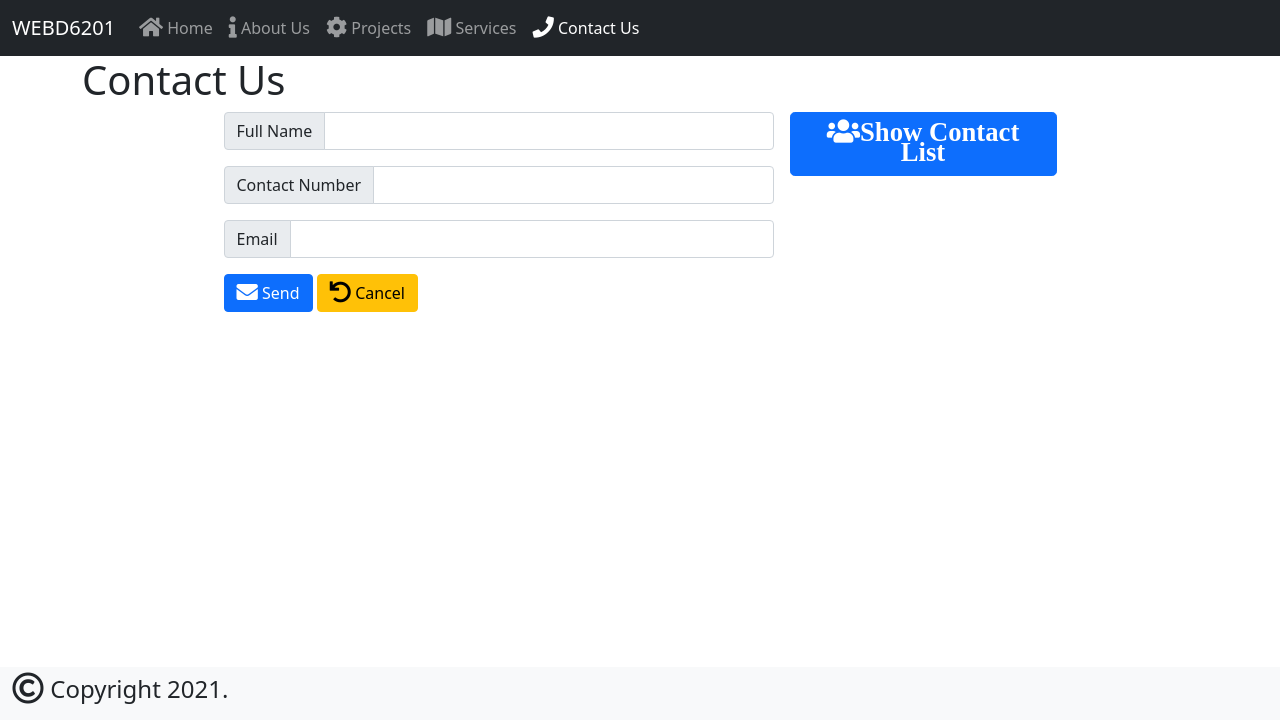
Repository: MuzhdaEhsan/WEBD6201-W2021-Lab1
Page: user.html
These files come from the project's save history. The page is drawn as it stood at one moment and after the next save; the edit follows.
The browser window is 1280 px wide. The pictures show the whole page.

Above is the page before, as saved 2021-02-05 23:48:16.

### user.html
<!DOCTYPE html>
<html lang="en">
<head>
    <meta charset="UTF-8">
    <meta name="viewport" content="width=device-width, initial-scale=1.0">
    <title>Contact</title>
    <!-- CSS Section -->
    <link rel="stylesheet" href="./node_modules/bootstrap/dist/css/bootstrap.min.css">
    <link rel="stylesheet" href="./node_modules/@fortawesome/fontawesome-free/css/all.min.css">
    <link rel="stylesheet" href="./Content/app.css">
</head>
<body>
    <!-- Main Header -->
    <header>
        <!-- Main Navigation -->
        <nav class="navbar navbar-expand-lg navbar-dark bg-dark">
            <div class="container-fluid">
              <a class="navbar-brand" href="index.html">WEBD6201</a>
              <button class="navbar-toggler" type="button" data-bs-toggle="collapse" data-bs-target="#navbarSupportedContent" aria-controls="navbarSupportedContent" aria-expanded="false" aria-label="Toggle navigation">
                <span class="navbar-toggler-icon"></span>
              </button>
              <div class="collapse navbar-collapse" id="navbarSupportedContent">
                <ul class="navbar-nav me-auto mb-2 mb-lg-0">
                  <li class="nav-item">
                    <a class="nav-link" aria-current="page" href="index.html"><i class="fas fa-home fa-lg"></i> Home</a>
                  </li>

                  <li class="nav-item">
                    <a class="nav-link" aria-current="page" href="about.html"><i class="fas fa-info fa-lg"></i> About Us</a>
                  </li>

                  <li class="nav-item">
                    <a class="nav-link" aria-current="page" href="projects.html"><i class="fas fa-cog fa-lg"></i> Projects</a>
                  </li>

                  <li class="nav-item">
                    <a class="nav-link" aria-current="page" href="services.html"><i class="fas fa-map fa-lg"></i> Services</a>
                  </li>

                  <li class="nav-item">
                    <a class="nav-link active" aria-current="page" href="contact.html"><i class="fas fa-phone fa-lg"></i> Contact Us</a>
                  </li>
                </ul>
              </div>
            </div>
          </nav>
    </header>

    <!-- Main Content -->
    <main class="container">
        <h1>Contact Us</h1>
        <div id="messageArea"></div>

        <div class="row justify-content-lg-center g-3">
          <form class="col-lg-6 col-md-10 col-sm-10">

            <div class="input-group mb-3">
              <span class="input-group-text" id="inputGroup-sizing-default">Full Name </span>
              <input id="fullName" type="text" class="form-control" aria-label="Full Name" aria-describedby="Full Name Input"
              name="fullName" required>
            </div>

            <div class="input-group mb-3">
              <span class="input-group-text" id="inputGroup-sizing-default">Contact Number</span>
              <input id="contactNumber" type="tel" class="form-control" aria-label="Contact Number" aria-describedby="Contact Number Input"
              name="contactNumber" required>
            </div>

            <div class="input-group mb-3">
              <span class="input-group-text" id="inputGroup-sizing-default">Email</span>
              <input id="emailAddress" type="email" class="form-control" aria-label="Email Address" aria-describedby="Email Address Input"
              name="emailAddress" required>
            </div>

            <button id="sendButton" type="submit" class="btn btn-primary"><i class="fas fa-envelope fa-lg"></i> Send</button>
            <button id="cancelButton" type="reset" class="btn btn-warning"><i class="fas fa-undo fa-lg"></i> Cancel</button>
          </form>

          <div class="col-lg-3 col-md-3">
            <a href="./contact-list.html" class="btn btn-primary btn-lg"><i class="fas fa-users fa-lg">Show Contact List</i></a>
          </div>


        </div>
    </main>

    <!-- Main Footer -->
    <footer>
        <nav class="navbar fixed-bottom navbar-light bg-light">
            <div class="container-fluid">
              <h4><i class="far fa-copyright fa-lg"></i> Copyright 2021.</h4>
            </div>
          </nav>
    </footer>

    <!-- Script Section-->
    <script src="./node_modules/jquery/dist/jquery.min.js"></script>
    <script src="./node_modules/bootstrap/dist/js/bootstrap.bundle.min.js"></script>
    <script src="./Scripts/contact.js"></script>
    <script src="./Scripts/app.js"></script>
</body>
</html>

### Scripts/contact.js

"use strict";
// contact class
class Contact
{
  // getters and Setters for private variables
  get FullName()
  {
    return this.m_fullName;
  }
  set FullName(value)
  {
    this.m_fullName = value;
  }
  get ContactNumber()
  {
    return this.m_contactNumber;
  }
  set ContactNumber(value)
  {
    this.m_contactNumber = value;
  }
  get EmailAddress()
  {
    return this.m_emailAddress;
  }
  set EmailAddress(value)
  {
    this.m_emailAddress = value;
  }

  // constructor
  /**
   *
   * @param {string} fullName
   * @param {string} contactNumber
   * @param {string} emailAddress
   */
  constructor(fullName = "", contactNumber = "", emailAddress = "")
  {
    this.FullName = fullName;
    this.ContactNumber = contactNumber;
    this.EmailAddress = emailAddress;
  }
  /**
   * this method override the built-in toString for the Contact class
   * @returns {string}
   */
  toString()
  {
    return `Full Name:     ${this.m_fullName}\nContact Number: ${this.m_contactNumber}\nEmail Address: ${this.m_emailAddress}`;
  }

  /**
   * this method returns a json object
   */
  toJSON()
  {
    return{
      "fullName": this.FullName,
      "contactNumber": this.ContactNumber,
      "emailAddress": this.EmailAddress
    }
  }

  /**
   * this method converts the contact into a comma separated value string
   * @params {string}
   */
  serialize()
  {

    if (this.fullName !== "" && this.ContactNumber !== "" && this.EmailAddress !== "")
    {
      return `${this.FullName},${this.ContactNumber},${this.EmailAddress}`;
    }

    else
    {
      console.error("One or more properties are empty!");
      return null;
    }

  }
/**
 * this method takes the comma separated data string and assigns the values to the contact class properties
 * @param {string} data
 * @return {void}
 */
  deserialize(data)
  {
      let propertyArray = data.split(",");
      this.FullName = propertyArray[0];
      this.ContactNumber = propertyArray[1];
      this.EmailAddress = propertyArray[2];
  }
}

### Scripts/app.js
/*
@author: Muzhda Ehsan
@date: 27-Jan-2021
*/
/* custom JavaScript goes here */

//IIFE - Immediately Invoked Function Expression
//AKA - Anonymous Self-Executing Function
//Closure - limits scope leak

"use strict";

let myContact =
{
  "firstName":"Muzhda",
  "contactNumber":"234234",
  "emailAddress":"muzhda@gmail.com",
  "saysHello":function()
  {
    console.log(`${fullName} says Hello`);
  },
  "someOtherObject": {
    "friendsList": [
      "Peter Parker", "Tony Stark", "Stephen Strange"
    ]
  }
};


(function()
{




    function displayHome()
    {
      let imageSize = "1500px 7000px";
      let imageUrl2 = `url('./grayImage.png')`;
      //document.body.style.backgroundImage = "url('./download.jpg')";
      let bodyImage = document.body.style;
      bodyImage.backgroundSize = imageSize;
      bodyImage.backgroundImage = imageUrl2;



        //let paragraphOneText =
         // "This is a simple site to demonstrate DOM Manipulation for ICE 1";

        //let paragraphOneElement = document.getElementById("paragraphOne");

        //paragraphOneElement.textContent = paragraphOneText;
        //paragraphOneElement.className = "fs-5";

        // Step 1. document.createElement
        let newParagraph = document.createElement("p");
        // Step 2. configure the element
        //newParagraph.setAttribute("id", "paragraphTwo");
        //newParagraph.textContent = "...And this is paragraph two";
        // Step 3. select the parent element
        let mainContent = document.getElementsByTagName("main")[0];
        // Step 4. Add / Insert the element
         mainContent.appendChild(newParagraph);

         let navItem = document.createElement("li");
         navItem.className = "nav-item";
         navItem.textContent = `<a class="nav-link" aria-current="page" href="HumanResource.html"><i class="fas fa-tags"></i> Human Resource</a>`;


        //newParagraph.className = "fs-6";

        // another way of injecting content
        //let paragraphDiv = document.createElement("div");
        //let paragraphThree = `<p id="paragraphThree" class="fs-7 fw-bold">And this is the Third Paragraph</p>`;
        //paragraphDiv.innerHTML = paragraphThree;

        // insertions

        // example of inserting before a node
        //newParagraph.before(paragraphDiv);

        // example of inserting after a node
        //newParagraph.after(paragraphDiv);


        // add image
        //let image = document.createElement("div");
        //let imageUrl = `<img src="./download.jpg" alt="Girl in a jacket" width="500" height="600">`;
        //image.innerHTML = imageUrl
        //newParagraph.before(image);

        // paragraph details
        let paragraphMain = document.createElement("div");
        let paragraphIndex = `<p id="mainParagraph" class="fs-7 fw-bold">I am a student at Durham College in Computer Programming Analyst program.
        I have a background of software developer in a company with senior developers.
        I have gained various experiences and I have my own ideas and views. I will try my best to work independently
        or to have my own company. I like the atmosphere of startups and entrepreneurship and I try not to be unaware of it</p>`;
        paragraphMain.innerHTML = paragraphIndex;

        newParagraph.before(paragraphMain);


        // deletions

        // example of removing a single element
        //paragraphOneElement.remove();

        // example of removeChild
        //mainContent.removeChild(paragraphOneElement);

        // update / modification
        //mainContent.firstElementChild.textContent = "Welcome Home!";

        //mainContent.innerHTML = `<h1 id="firstHeading">Welcome to WEBD6201 - Lab 2</h1>`;


    }

    function displayAbout()
    {

    }

    function displayProjects()
    {
      let newParagraph = document.createElement("p");

      // Step 3. select the parent element
      let mainContent = document.getElementsByTagName("main")[0];
      // Step 4. Add / Insert the element
       mainContent.appendChild(newParagraph);
      // add image
       let image = document.createElement("div");
       let imageUrl = `<img src="./thirdpic.PNG" alt="" width="300" height="300">`;
       image.innerHTML = imageUrl
       newParagraph.before(image);

       let paragraphMain = document.createElement("div");
       let paragraphIndex = `<p id="mainParagraph" class="fs-7 fw-bold">Tesla, Inc., is an American electric vehicle and clean energy company
        based in Palo Alto, California. This website was designed to show provide some information about Tesla.</p>`;
        paragraphMain.innerHTML = paragraphIndex;

        newParagraph.before(paragraphMain);

        // add image
       //let image2 = document.createElement("div");
       //let imageUrl2 = `<img src="./Untitled.png" alt="" width="300" height="300">`;

       //image.innerHTML = imageUrl2
       //newParagraph.after(image2);



    }

    function displayServices()
    {

    }

    function displayContact()
    {
        let messageArea = document.getElementById("messageArea");
        messageArea.hidden = true;

        // form validation
        let fullName = document.getElementById("fullName");
        fullName.addEventListener("blur", function() {
            if(fullName.value.length < 2)
            {
                fullName.focus();
                fullName.select();
                messageArea.hidden = false;
                messageArea.className = "alert alert-danger";
                messageArea.textContent = "Please enter an appropriate Name";
            }
            else
            {
                messageArea.removeAttribute("class");
                messageArea.hidden = true;
            }
        });

        let sendButton = document.getElementById("sendButton");
        sendButton.addEventListener("click", function(event){
           // event.preventDefault();

            let contact = new Contact(fullName.value, contactNumber.value, emailAddress.value);

            if(contact.serialize())
            {
              localStorage.setItem((localStorage.length + 1).toString(), contact.serialize());

            }

            //console.log(contact.toString());
            //console.log(contact.serialize());
        });
    }

    function displayContactList()
    {
      if (localStorage.length > 0)
      {
        let contactList = document.getElementById("contactList");

        let data = "";

        for (let index = 0; index < localStorage.length; index++)
        {
          let contactData = localStorage.getItem((index + 1).toString());

          console.log(contactData);
          let contact = new Contact();
          contact.deserialize(contactData);

          data += `<tr>
          <th scope="row">${index + 1}</th>
          <td>${contact.FullName}</td>
          <td>${contact.ContactNumber}</td>
          <td>${contact.EmailAddress}</td>
        </tr>`;
        }

        contactList.innerHTML = data;
      }


    }

    function Start()
    {
        console.log("App Started...");

        switch (document.title)
        {
          case "Home":
              displayHome();
            break;
          case "About":
              displayAbout();
            break;
          case "Projects":
              displayProjects();
            break;
          case "Services":
              displayServices();
            break;
          case "Contact":
              displayContact();
            break;
            case "Contact-List":
              displayContactList();
            break;
        }

    }

    window.addEventListener("load", Start);

})();

Loaded but not shown: node_modules/bootstrap/dist/css/bootstrap.min.css (library); node_modules/@fortawesome/fontawesome-free/css/all.min.css (library); Content/app.css (common file); node_modules/jquery/dist/jquery.min.js (library); node_modules/bootstrap/dist/js/bootstrap.bundle.min.js (library)

After the next save:
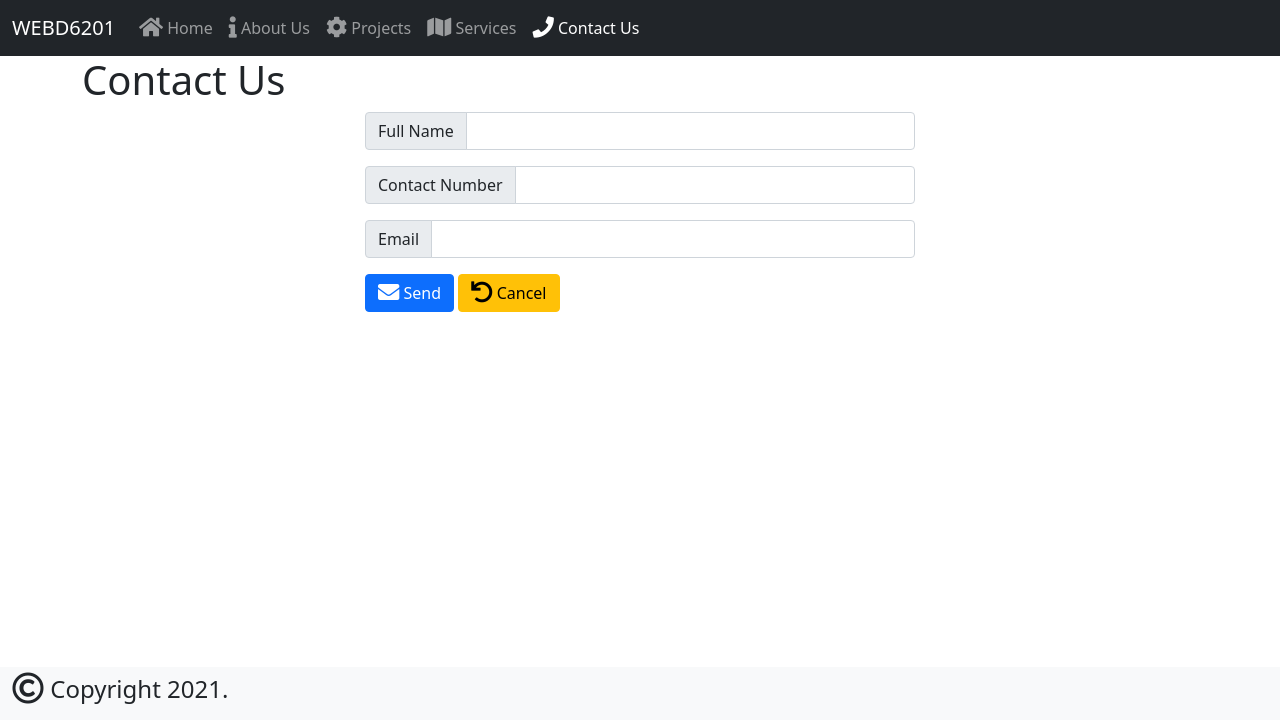
Saved 73 s later.
--- a/user.html
+++ b/user.html
@@ -3,7 +3,7 @@
 <head>
     <meta charset="UTF-8">
     <meta name="viewport" content="width=device-width, initial-scale=1.0">
-    <title>Contact</title>
+
     <!-- CSS Section -->
     <link rel="stylesheet" href="./node_modules/bootstrap/dist/css/bootstrap.min.css">
     <link rel="stylesheet" href="./node_modules/@fortawesome/fontawesome-free/css/all.min.css">
@@ -76,9 +76,7 @@
             <button id="cancelButton" type="reset" class="btn btn-warning"><i class="fas fa-undo fa-lg"></i> Cancel</button>
           </form>
 
-          <div class="col-lg-3 col-md-3">
-            <a href="./contact-list.html" class="btn btn-primary btn-lg"><i class="fas fa-users fa-lg">Show Contact List</i></a>
-          </div>
+
 
 
         </div>
